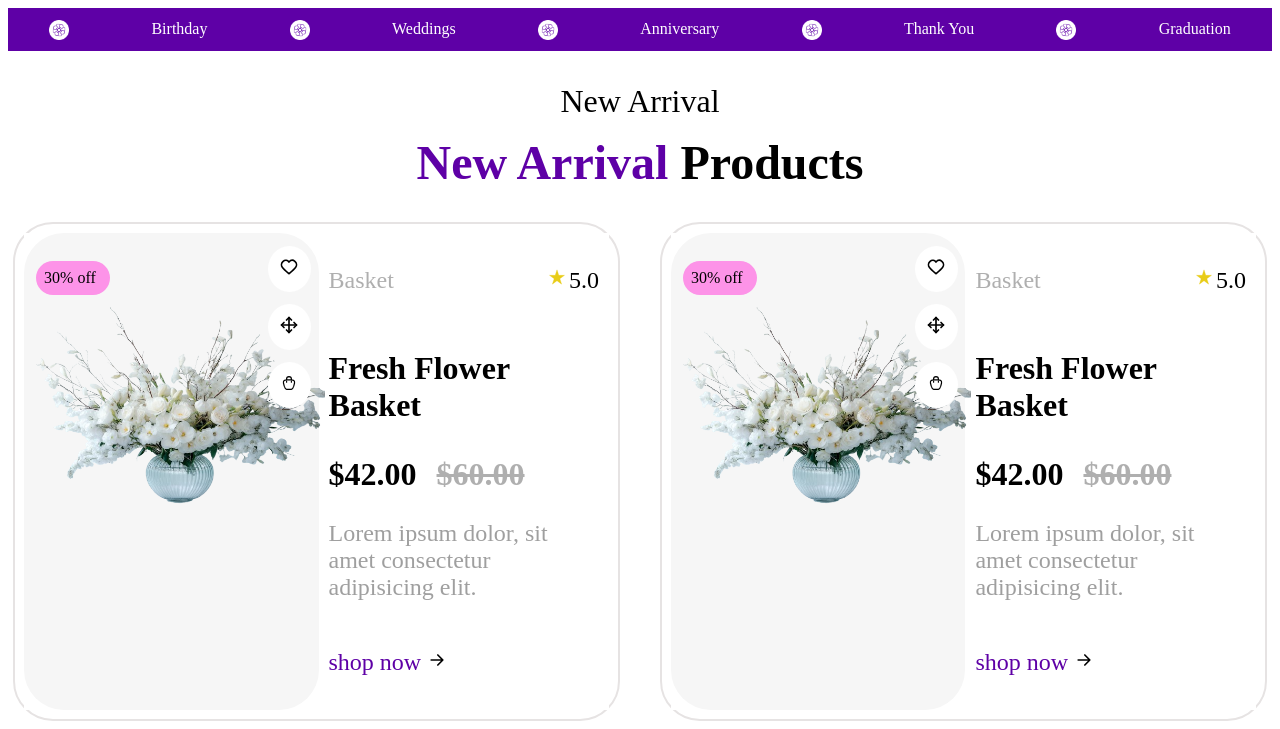
Repository: KolawoleTemilade/classroom-learning
Page: newarrival/index.html
An editor plug-in stored every save of this project. The page is shown before and after the next save, followed by the edit.
The browser window is 1280 px wide. The pictures show the whole page.

Above is the page before, as saved 2025-10-02 00:46:07.

### newarrival/index.html
<!DOCTYPE html>
<html lang="en">
  <head>
    <meta charset="UTF-8" />
    <meta name="viewport" content="width=h, initial-scale=1.0" />
    <title>new arrival</title>
    <link rel="stylesheet" href="style.css" />
  </head>
  <body>
    <section class="new-arrival-sect">
      <div class="marq-sect">
        <div class="marque">
          <img
            src="../newarrival/images/icons/marqueflower.png"
            alt="flower-icon"
            width="20"
            height="20"
          />
          <span>birthday</span>
          <img
            src="../newarrival/images/icons/marqueflower.png"
            alt="flower-icon"
            width="20"
            height="20"
          />
          <span>weddings</span>
          <img
            src="../newarrival/images/icons/marqueflower.png"
            alt="flower-icon"
            width="20"
            height="20"
          />
          <span>anniversary</span>
          <img
            src="../newarrival/images/icons/marqueflower.png"
            alt="flower-icon"
            width="20"
            height="20"
          />
          <span>thank you</span>
          <img
            src="../newarrival/images/icons/marqueflower.png"
            alt="flower-icon"
            width="20"
            height="20"
          />
          <span>graduation</span>
        </div>
      </div>
      <div class="new-arrival">
        <div class="new-arrival-title">
          <p class="title1">
            new arrival
            <span class="title2"
              >new arrival <span class="product-title">products</span></span
            >
          </p>
        </div>
        <section class="card-sec">
          <div class="new-arrival-product-card">
            <div class="product-card">
              <div class="img-sect">
                <img
                  src="./images/new-arrival/flower4.png"
                  alt="flower1"
                  width="200"
                  height="2 ,8>00"
                />
                <div class="absolute-container">
                  <p class="slash">30% off</p>
                  <div class="icons-sec">
                    <div class="icons">
                      <img
                        src="./images/icons/heart.svg"
                        alt="heart"
                        width="20"
                        height="20"
                      />
                    </div>
                    <div class="icons">
                      <img
                        src="./images/icons/crossedarrow.svg"
                        alt="arrow"
                        width="20"
                        height="20"
                      />
                    </div>
                    <div class="icons">
                      <img
                        src="./images/icons/shoppingbag.svg"
                        alt="shoppingbag"
                        width="20"
                        height="20"
                      />
                    </div>
                  </div>
                </div>
              </div>
              <div class="text-sect">
                <div class="basket-sec">
                  <p>basket</p>
                  <div class="rating-sec">
                    <img
                      src="./images/icons/ratings.svg"
                      alt="ratings"
                      width="20"
                      height="20"
                    />
                    <span>5.0</span>
                  </div>
                </div>
                <div class="fresh-flower-sec">
                  <h3>fresh flower basket</h3>
                  <h2>$42.00 <span class="slashed"> $60.00</span></h2>
                  <p>
                    Lorem ipsum dolor, sit amet consectetur adipisicing elit.
                  </p>
                  <div class="shop-btn">
                    <p>
                      shop now
                      <span
                        ><img
                          src="./images/icons/rightarrow.svg"
                          alt="right arrow"
                          width="20"
                          height="20"
                      /></span>
                    </p>
                  </div>
                </div>
              </div>
            </div>
          </div>
          <div class="new-arrival-product-card">
            <div class="product-card">
              <div class="img-sect">
                <img
                  src="./images/new-arrival/flower4.png"
                  alt="flower1"
                  width="200"
                  height="2 ,8>00"
                />
                <div class="absolute-container">
                  <p class="slash">30% off</p>
                  <div class="icons-sec">
                    <div class="icons">
                      <img
                        src="./images/icons/heart.svg"
                        alt="heart"
                        width="20"
                        height="20"
                      />
                    </div>
                    <div class="icons">
                      <img
                        src="./images/icons/crossedarrow.svg"
                        alt="arrow"
                        width="20"
                        height="20"
                      />
                    </div>
                    <div class="icons">
                      <img
                        src="./images/icons/shoppingbag.svg"
                        alt="shoppingbag"
                        width="20"
                        height="20"
                      />
                    </div>
                  </div>
                </div>
              </div>
              <div class="text-sect">
                <div class="basket-sec">
                  <p>basket</p>
                  <div class="rating-sec">
                    <img
                      src="./images/icons/ratings.svg"
                      alt="ratings"
                      width="20"
                      height="20"
                    />
                    <span>5.0</span>
                  </div>
                </div>
                <div class="fresh-flower-sec">
                  <h3>fresh flower basket</h3>
                  <h2>$42.00 <span class="slashed"> $60.00</span></h2>
                  <p>
                    Lorem ipsum dolor, sit amet consectetur adipisicing elit.
                  </p>
                  <div class="shop-btn">
                    <p>
                      shop now
                      <span
                        ><img
                          src="./images/icons/rightarrow.svg"
                          alt="right arrow"
                          width="20"
                          height="20"
                      /></span>
                    </p>
                  </div>
                </div>
              </div>
            </div>
          </div>
        </section>
      </div>
    </section>
  </body>
</html>

### newarrival/style.css
.new-arrival-sect {
  display: flex;
  flex-direction: column;
  align-items: center;
  justify-content: center;
}

.marq-sect {
  background-color: #5e00a6;
  height: 6vh;
  width: 100%;
  align-content: center;
}
.marque {
  display: flex;
  align-content: center;
  justify-content: space-around;
}
.marque > span {
  text-transform: capitalize;
  color: white;
}
.title1 {
  font-size: 2rem;
  display: flex;
  flex-direction: column;
  align-items: center;
  justify-content: center;
  gap: 15px;
  text-transform: capitalize;
}
.title2 {
  font-size: 3rem;
  color: #5e00a6;
  font-weight: 700;
}
.product-title {
  color: black;
  font-size: 3rem;
  font-weight: 700;
}
.card-sec {
  display: flex;
  gap: 40px;

  overflow-x: scroll;
}
.new-arrival-product-card {
  width: 100%;
  border: 2px solid rgb(230, 227, 227);
  padding: 9px;
  border-radius: 40px;
  background-color: #ffffff;
  /* height: 5vh; */
}

.product-card {
  display: flex;
  background: white;

}
.img-sect {
  position: relative;
  border: 3px solid transparent;
  border-radius: 40px;
  background-color: #f6f6f6;
  width: 100%;
  padding: 9px;
}
.img-sect > img {
  position: absolute;
  top: 15%;
  width: 100%;
  height: 30vh;
}
.absolute-container > p {
  padding: 8px;
  width: 20%;
  border-radius: 20px;
}
.slash {
  position: absolute;
  /* top: 1%; */
  background: #fd93e8;
}

.icons-sec {
  position: absolute;
  top: 2%;
  right: 2%;
  display: flex;
  flex-direction: column;
  gap: 12px;
}
.icons {
  padding: 10px;
  width: 50%;
  border: 1px solid transparent;
  border-radius: 50%;
  background-color: white;
}
.text-sect {
  width: 100%;
  padding: 10px;
}
.basket-sec {
  display: flex;
  justify-content: space-between;
  align-items: center;
}
.basket-sec > p {
  text-transform: capitalize;
  color: #afafaf;
  font-size: 1.5rem;
}
.rating-sec {
  display: flex;
  gap: 2px;
  font-size: 1.5rem;
}
.fresh-flower-sec > h3 {
  font-size: 2rem;
  text-transform: capitalize;
  font-weight: 600;
}
.fresh-flower-sec > h2 {
  font-size: 2rem;
  display: flex;
  gap: 20px;
}
.slashed {
  color: #afafaf;
  text-decoration: line-through;
}
.fresh-flower-sec > p {
  font-size: 1.5rem;
  color: #9f9f9f;
}
.shop-btn {
  color: #5e00a6;
  display: flex;
  align-items: center;
  font-size: 1.5rem;
}

After the next save:
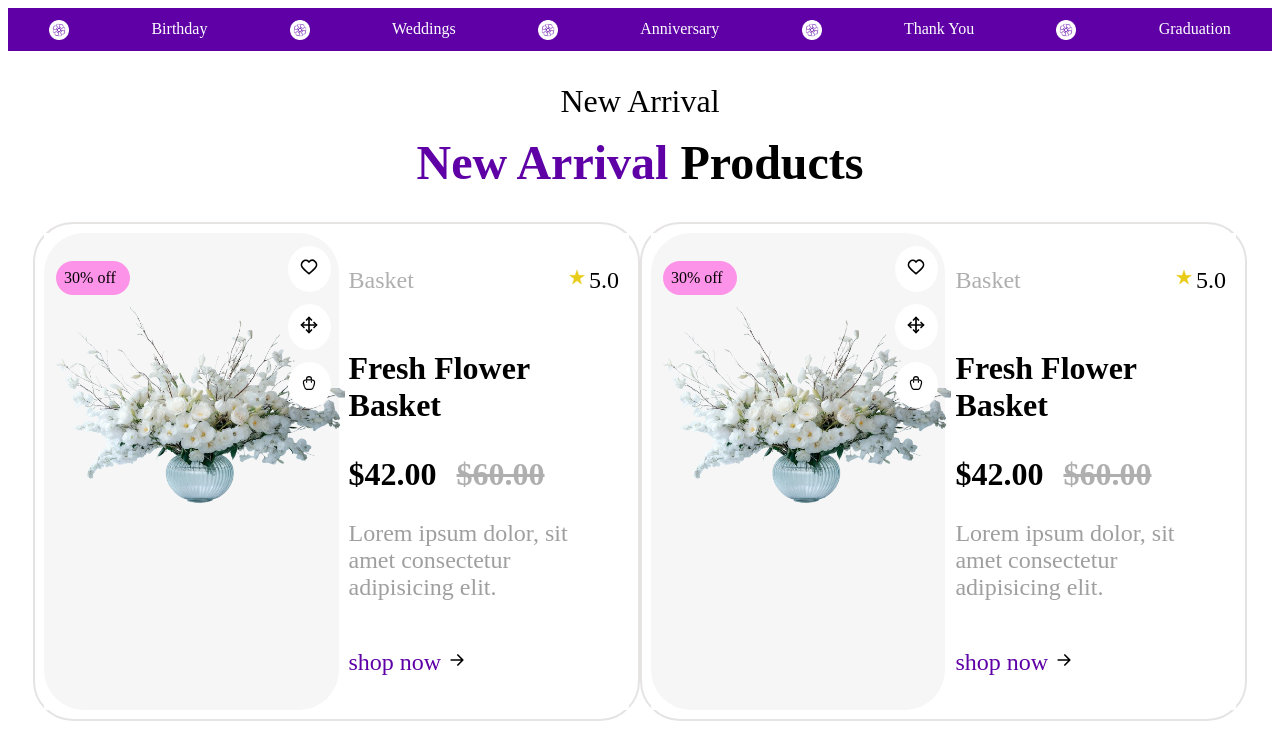
Saved 4 s later.
--- a/newarrival/style.css
+++ b/newarrival/style.css
@@ -41,9 +41,7 @@
 }
 .card-sec {
   display: flex;
-  gap: 40px;
-
-  overflow-x: scroll;
+  gap
 }
 .new-arrival-product-card {
   width: 100%;

After the 2 saves that followed:
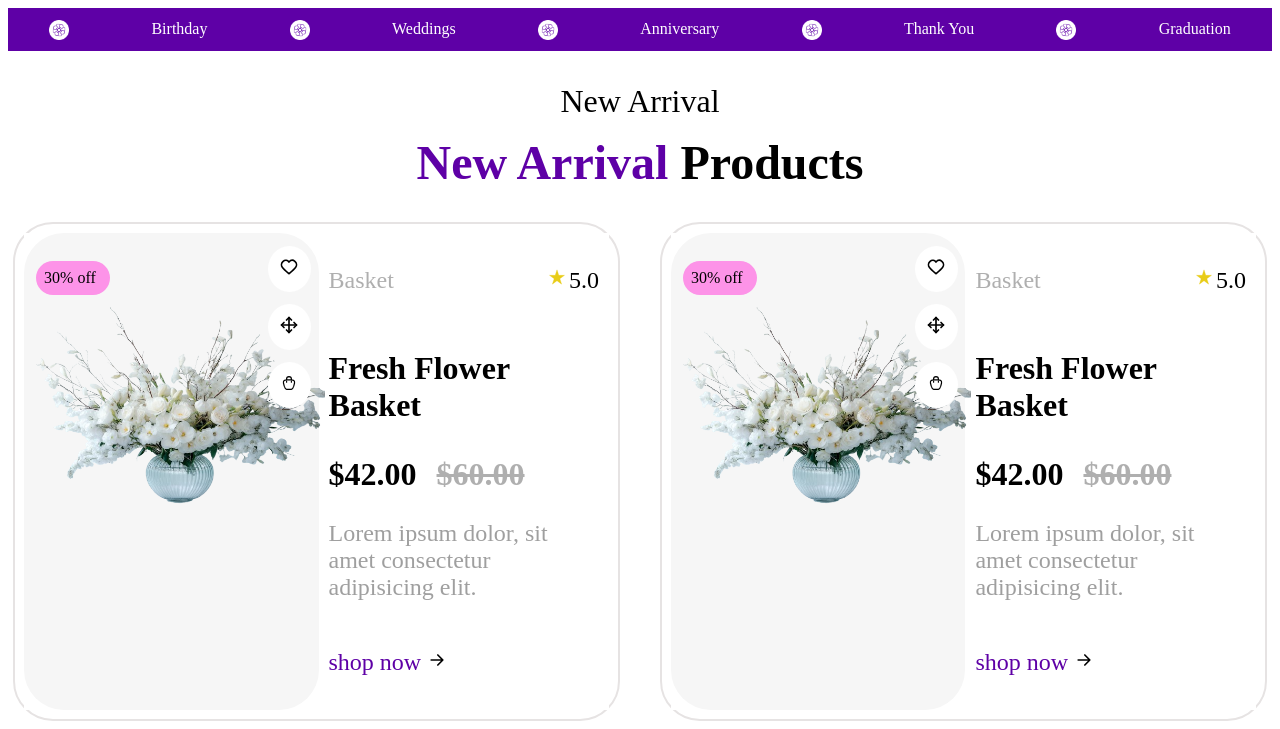
The 2 saves are shown as one change because 1 left the picture as it was.
The last was saved 8 s later.
--- a/newarrival/style.css
+++ b/newarrival/style.css
@@ -41,7 +41,7 @@
 }
 .card-sec {
   display: flex;
-  gap
+  gap:40px;
 }
 .new-arrival-product-card {
   width: 100%;
